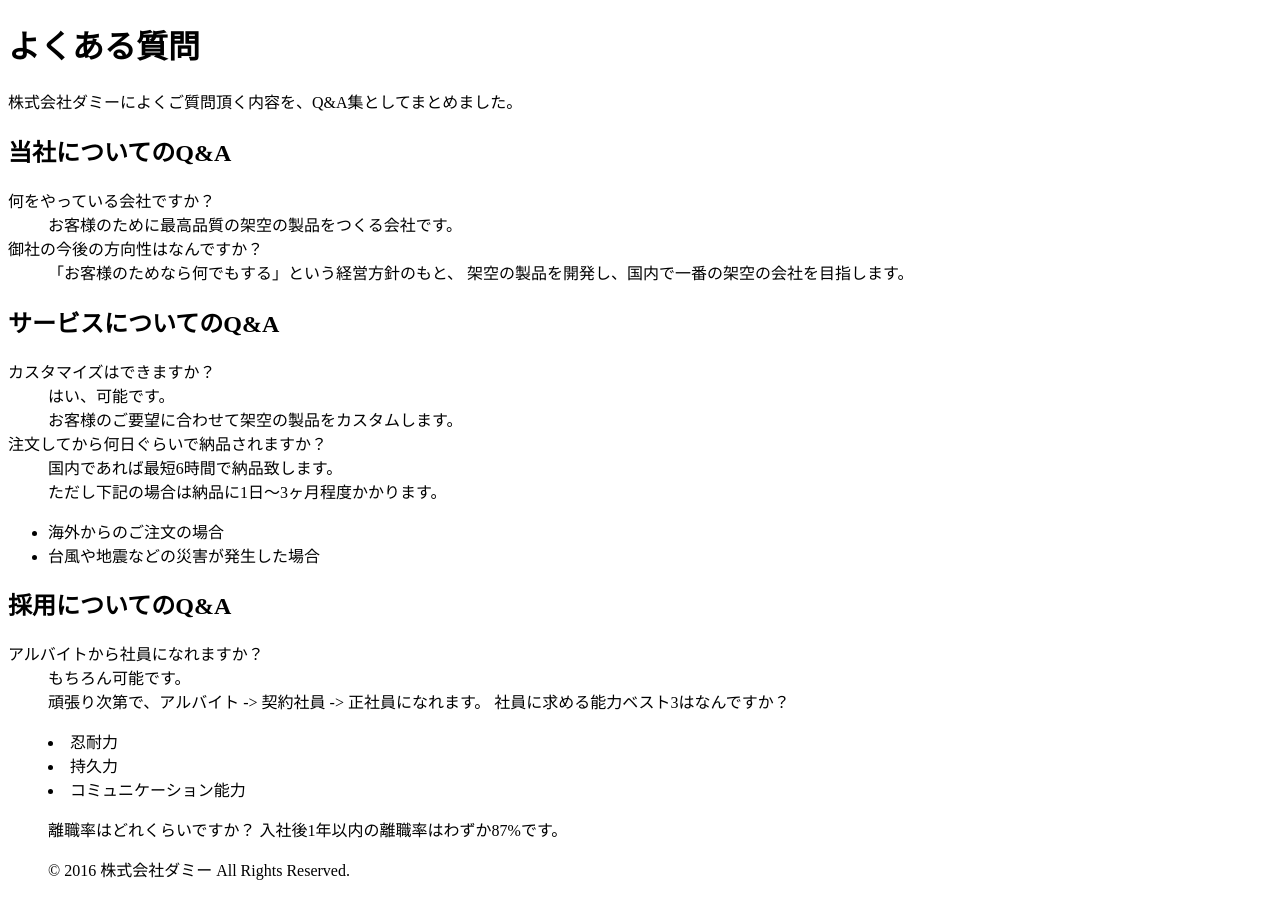
Repository: winc1980/practice-hp2022-wednesday
Page: ruka/practice1.html
The author's editor kept a copy of each file at every save. The page is drawn from the files as they stood at one save, then again after the next save.
The browser window is 1280 px wide. The pictures show the whole page.

Above is the page before, as saved 2022-05-26 00:39:28.

### ruka/practice1.html
<!DOCTYPE html>
<html lang="ja">
<head>
    <meta charset="UTF-8">
    <meta http-equiv="X-UA-Compatible" content="IE=edge">
    <meta name="viewport" content="width=device-width, initial-scale=1.0">
    <title>よくある質問 | 架空の株式会社ダミー</title>
</head>
<body>
    <h1>よくある質問</h1>

<p>
株式会社ダミーによくご質問頂く内容を、Q&A集としてまとめました。
</p>

<h2>当社についてのQ&A</h2>


何をやっている会社ですか？
<dd>
お客様のために最高品質の架空の製品をつくる会社です。
</dd>

御社の今後の方向性はなんですか？
<dd>
「<span>お客様のためなら何でもする</span>」という経営方針のもと、
架空の製品を開発し、<span>国内で一番の架空の会社を目指します。</span>
</dd>


<h2>サービスについてのQ&A</h2>

カスタマイズはできますか？
<dd>
はい、可能です。<br>
お客様のご要望に合わせて架空の製品をカスタムします。
</dd>

注文してから何日ぐらいで納品されますか？
<dd>
国内であれば最短6時間で納品致します。<br>
ただし下記の場合は納品に1日〜3ヶ月程度かかります。
</dd>
<ul>
<li>
海外からのご注文の場合
</li>
<li>
台風や地震などの災害が発生した場合
</li>
</ul>
<h2>採用についてのQ&A</h2>

アルバイトから社員になれますか？
<dd>
もちろん可能です。<br>
頑張り次第で、アルバイト -> 契約社員 -> 正社員になれます。

社員に求める能力ベスト3はなんですか？
<dl>
<li>忍耐力</li>
<li>持久力</li>
<li>コミュニケーション能力</li>
</dl>



離職率はどれくらいですか？
入社後1年以内の離職率は<span>わずか</span>87%です。
<p>
© 2016 株式会社ダミー All Rights Reserved.
</p>
</body>
</html>

After the next save:
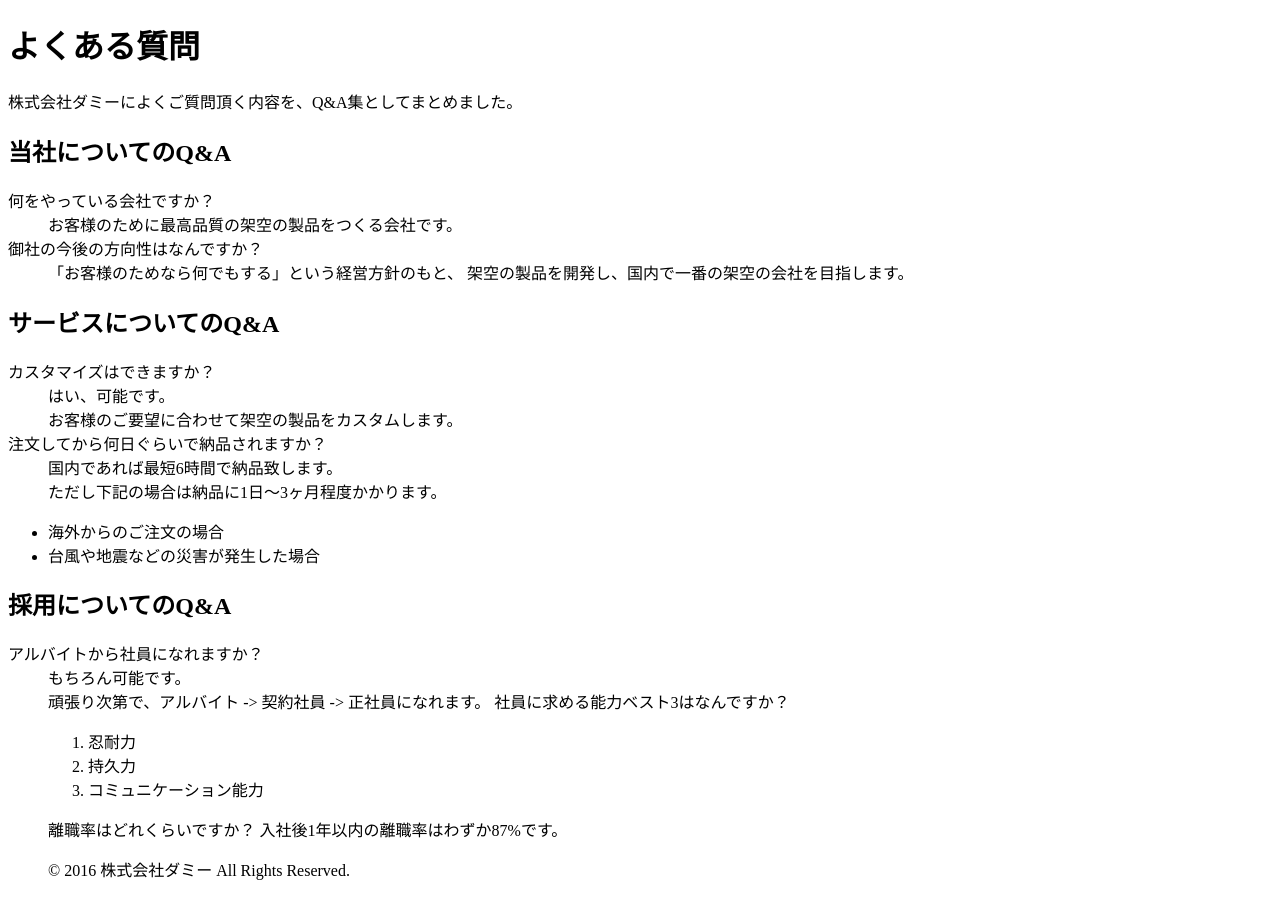
Saved 4 s later.
--- a/ruka/practice1.html
+++ b/ruka/practice1.html
@@ -57,11 +57,11 @@
 頑張り次第で、アルバイト -> 契約社員 -> 正社員になれます。
 
 社員に求める能力ベスト3はなんですか？
-<dl>
+<ol>
 <li>忍耐力</li>
 <li>持久力</li>
 <li>コミュニケーション能力</li>
-</dl>
+</ol>
 
 
 
